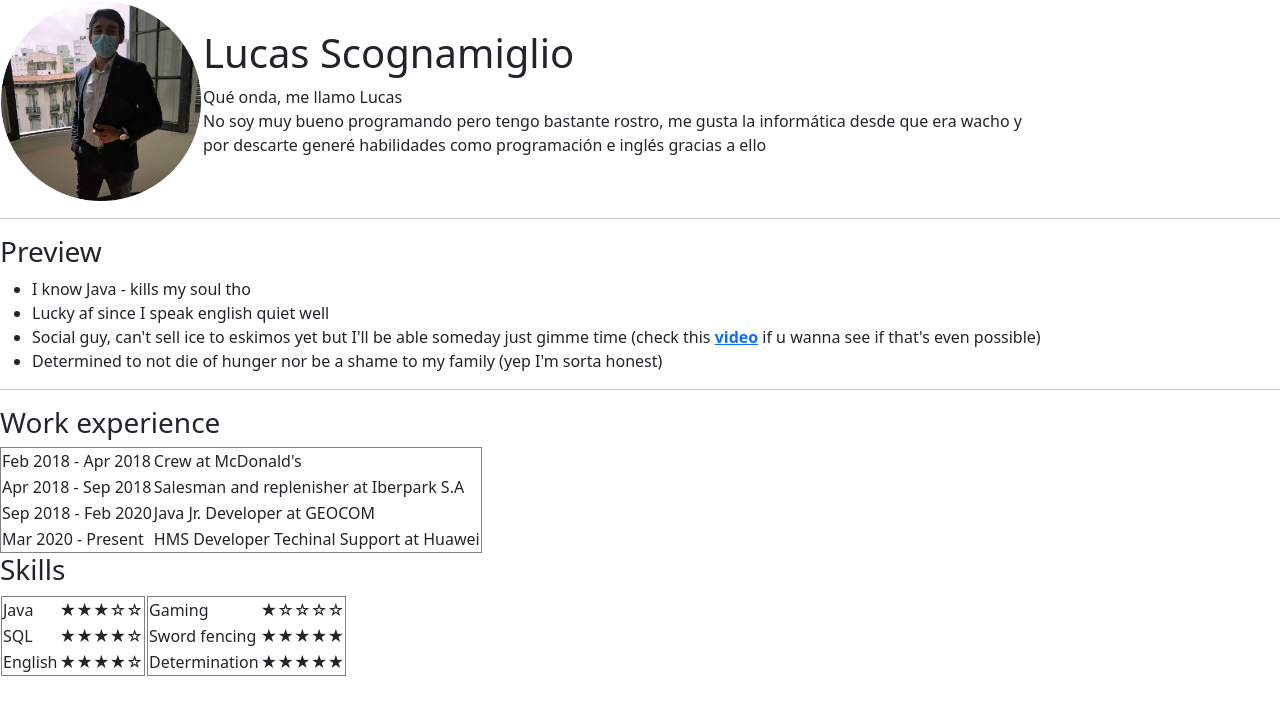
Repository: ScoggoDev/DesarrolloWeb
Page: tarea en equipo 1/cv.html
An editor plug-in stored every save of this project. The page is shown before and after the next save, followed by the edit.
The browser window is 1280 px wide. The pictures show the whole page.

Above is the page before, as saved 2021-07-07 21:33:41.

### tarea en equipo 1/cv.html
<!DOCTYPE html>
<html>
  <head>
    <meta charset="utf-8">
    <title>Lucas's Personal Site</title>
    <link href="https://cdn.jsdelivr.net/npm/bootstrap@5.0.2/dist/css/bootstrap.min.css" rel="stylesheet" integrity="sha384-EVSTQN3/azprG1Anm3QDgpJLIm9Nao0Yz1ztcQTwFspd3yD65VohhpuuCOmLASjC" crossorigin="anonymous">
    <script src="https://cdn.jsdelivr.net/npm/bootstrap@5.0.2/dist/js/bootstrap.bundle.min.js" integrity="sha384-MrcW6ZMFYlzcLA8Nl+NtUVF0sA7MsXsP1UyJoMp4YLEuNSfAP+JcXn/tWtIaxVXM" crossorigin="anonymous"></script>
  </head>
  <body>
    <table cellspacing = "20">
      <td><img src="circle-cropped.png" alt="Lucas Scognamiglio" width="200" height="200"></td>
      <td>    <h1>Lucas Scognamiglio</h1>
          <p>Qué onda, me llamo Lucas<br> No soy muy bueno programando pero tengo bastante rostro, me gusta la informática desde que era wacho y <br>por descarte generé habilidades como programación e inglés gracias a ello <br> </p></td>
    </table>

    <hr>
    <h3>Preview</h3>
    <ul>
      <li>I know Java - kills my soul tho</li>
      <li>Lucky af since I speak english quiet well</li>
      <li>Social guy, can't sell ice to eskimos yet but I'll be able someday just gimme time (check this <strong><a href="https://www.youtube.com/watch?v=TYlfOKTx-Ds">video</a></strong> if u wanna see if that's even possible)</li>
      <li>Determined to not die of hunger nor be a shame to my family (yep I'm sorta honest)</li>
    </ul>
    <hr>
    <h3>Work experience</h3>
    <table border="1" >
      <tr>
        <td>Feb 2018 - Apr 2018</td>
        <td>Crew at McDonald's</td>
      </tr>
      <tr>
        <td>Apr 2018 - Sep 2018</td>
        <td>Salesman and replenisher at Iberpark S.A</td>
      </tr>
      <tr>
        <td>Sep 2018 - Feb 2020</td>
        <td>Java Jr. Developer at GEOCOM</td>
      </tr>
      <tr>
        <td>Mar 2020 - Present</td>
        <td>HMS Developer Techinal Support at Huawei</td>
      </tr>
    </table>

    <h3>Skills</h3>
    <table cellspacing = "10">
      <td>
        <table border="1">
          <tr>
            <td>Java</td>
            <td>★★★☆☆</td>
          </tr>
          <tr>
            <td>SQL</td>
            <td>★★★★☆</td>
          </tr>
          <tr>
            <td>English</td>
            <td>★★★★☆</td>
          </tr>
        </table>
      </td>
      <td>
        <table border="1">
          <tr>
            <td>Gaming</td>
            <td>★☆☆☆☆</td>
          </tr>
          <tr>
            <td>Sword fencing</td>
            <td>★★★★★</td>
          </tr>
          <tr>
            <td>Determination</td>
            <td>★★★★★</td>
          </tr>
        </table>
      </td>
    </table>

    <br>

    <br>
  </body>
</html>

After the next save:
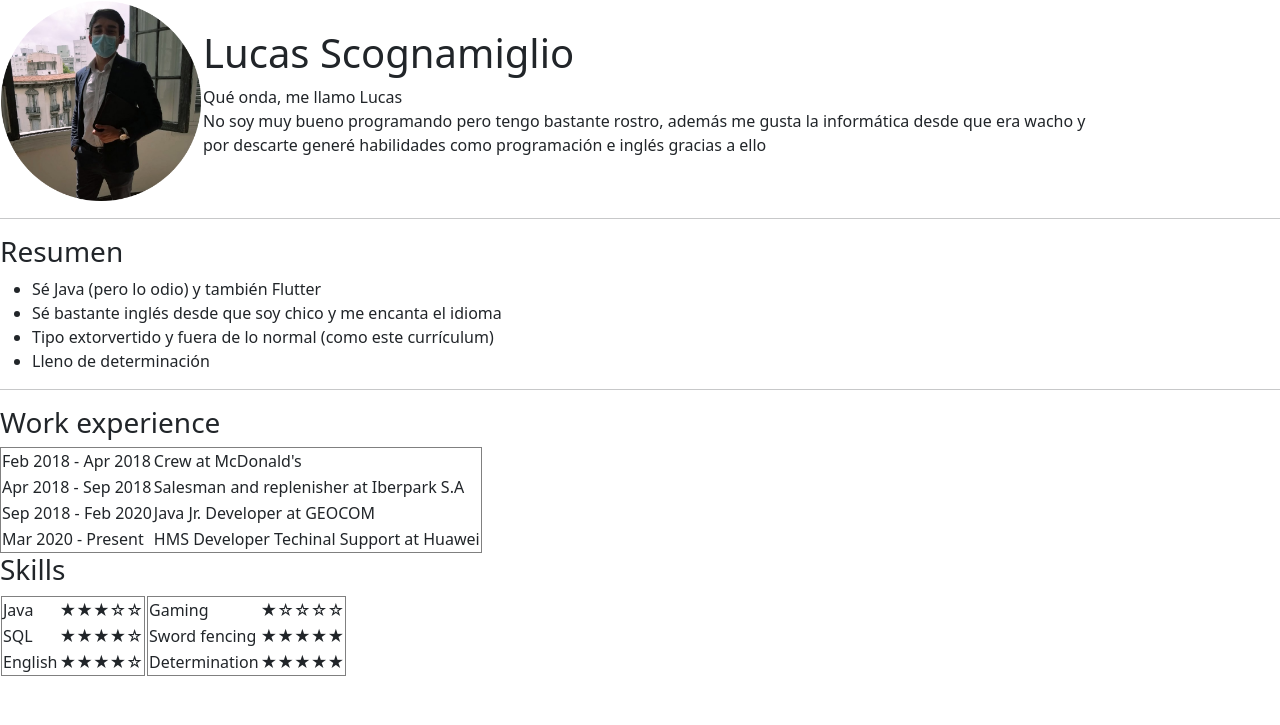
Saved 4 min 24 s later.
--- a/tarea en equipo 1/cv.html
+++ b/tarea en equipo 1/cv.html
@@ -10,16 +10,16 @@
     <table cellspacing = "20">
       <td><img src="circle-cropped.png" alt="Lucas Scognamiglio" width="200" height="200"></td>
       <td>    <h1>Lucas Scognamiglio</h1>
-          <p>Qué onda, me llamo Lucas<br> No soy muy bueno programando pero tengo bastante rostro, me gusta la informática desde que era wacho y <br>por descarte generé habilidades como programación e inglés gracias a ello <br> </p></td>
+          <p>Qué onda, me llamo Lucas<br> No soy muy bueno programando pero tengo bastante rostro, además me gusta la informática desde que era wacho y <br>por descarte generé habilidades como programación e inglés gracias a ello <br> </p></td>
     </table>
 
     <hr>
-    <h3>Preview</h3>
+    <h3>Resumen</h3>
     <ul>
-      <li>I know Java - kills my soul tho</li>
-      <li>Lucky af since I speak english quiet well</li>
-      <li>Social guy, can't sell ice to eskimos yet but I'll be able someday just gimme time (check this <strong><a href="https://www.youtube.com/watch?v=TYlfOKTx-Ds">video</a></strong> if u wanna see if that's even possible)</li>
-      <li>Determined to not die of hunger nor be a shame to my family (yep I'm sorta honest)</li>
+      <li>Sé Java (pero lo odio) y también Flutter</li>
+      <li>Sé bastante inglés desde que soy chico y me encanta el idioma</li>
+      <li>Tipo extorvertido y fuera de lo normal (como este currículum)</li>
+      <li>Lleno de determinación</li>
     </ul>
     <hr>
     <h3>Work experience</h3>
